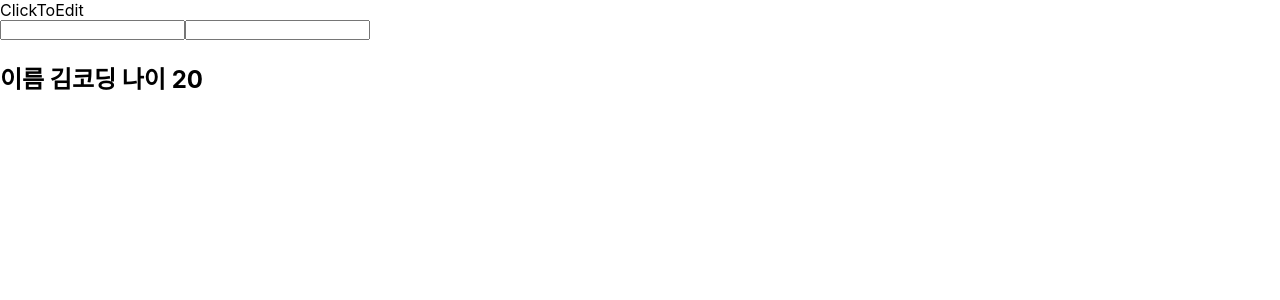
Repository: janghwahyun/wanted_pre_onboarding
Page: /ClickToEdit
These files come from the project's save history. The page is drawn as it stood at one moment and after a run of saves; the edit follows.
The browser window is 1280 px wide. The pictures show the whole page.
The project was rebuilt for these pictures with package versions that can differ from the ones it lists, and the page was loaded fresh each time. Also part of the build but not shown: src/component/AutoComplete.js, src/component/Modal.js, src/component/Tab.js, src/component/Toggle.js.

Above is the page before, as saved 2022-02-11 12:23:02.

After the next 3 saves:
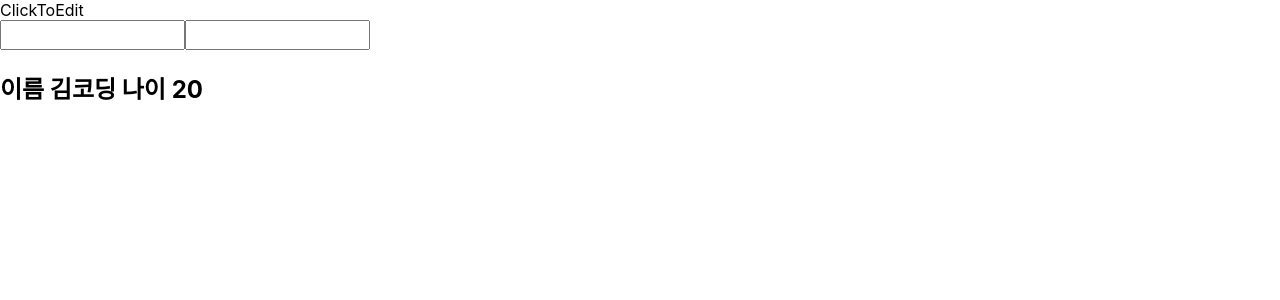
The 3 saves are shown as one change because they came seconds apart.
The last was saved 9 s later.
--- a/src/component/ClickToEdit.js
+++ b/src/component/ClickToEdit.js
@@ -23,7 +23,7 @@ const ClickToEdit = () => {
 
 const Input = styled.div`
   width: 100%;
-  height: 20px;
+  height: 30px;
   display: flex;
 `;
 
